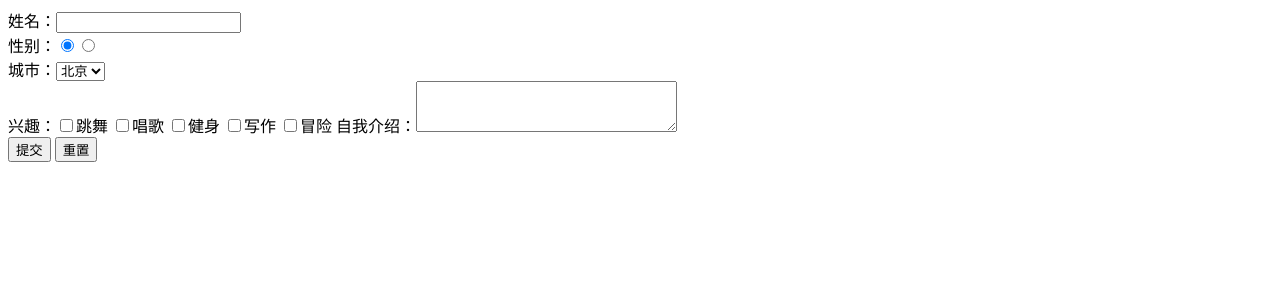
Repository: Miyanaqy/Tomcat_JSP
Page: TomcatTest/WebContent/request_form.html
The author's editor kept a copy of each file at every save. The page is drawn from the files as they stood at one save, then again after the next save.
The browser window is 1280 px wide. The pictures show the whole page.

Above is the page before, as saved 2017-07-08 09:04:30.

### TomcatTest/WebContent/request_form.html
<!DOCTYPE html PUBLIC "-//W3C//DTD HTML 4.01 Transitional//EN" "http://www.w3.org/TR/html4/loose.dtd">
<html>
<head>
<meta http-equiv="Content-Type" content="text/html; charset=UTF-8">
<title>Insert title here</title>
</head>
<body>
<form action="request_table.jsp" methon="post">
姓名：<input type="text" name="uname"><br>
性别：<input type="radio" name="six" value="男" Checked><input type="radio" name="six" value="女"><br>
城市：<select name="city">
	<option value="北京">北京</option>
	<option value="天津">天津</option>
	<option value="洛阳">洛阳</option>
</select><br>
兴趣：<input type="checkbox" name="**list" value="跳舞">跳舞
<input type="checkbox" name="**list" value="唱歌">唱歌
<input type="checkbox" name="**list" value="健身">健身
<input type="checkbox" name="**list" value="写作">写作
<input type="checkbox" name="**list" value="冒险">冒险
自我介绍：<textarea cols="30" rows="3" name="note"></textarea><br>
<input type="hidden" name="uid" value="1">
<input type="submit" value="提交">
<input type="reset" value="重置">

</form>
</body>
</html>

After the next save:
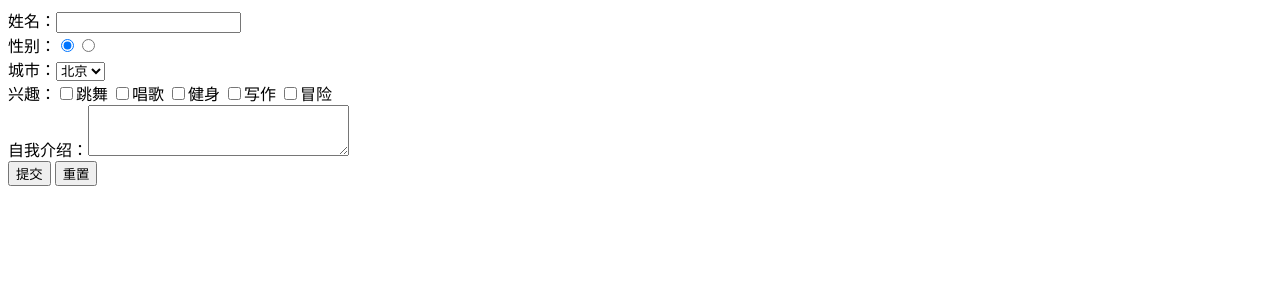
Saved 4 s later.
--- a/TomcatTest/WebContent/request_form.html
+++ b/TomcatTest/WebContent/request_form.html
@@ -17,7 +17,7 @@
 <input type="checkbox" name="**list" value="唱歌">唱歌
 <input type="checkbox" name="**list" value="健身">健身
 <input type="checkbox" name="**list" value="写作">写作
-<input type="checkbox" name="**list" value="冒险">冒险
+<input type="checkbox" name="**list" value="冒险">冒险<br>
 自我介绍：<textarea cols="30" rows="3" name="note"></textarea><br>
 <input type="hidden" name="uid" value="1">
 <input type="submit" value="提交">
